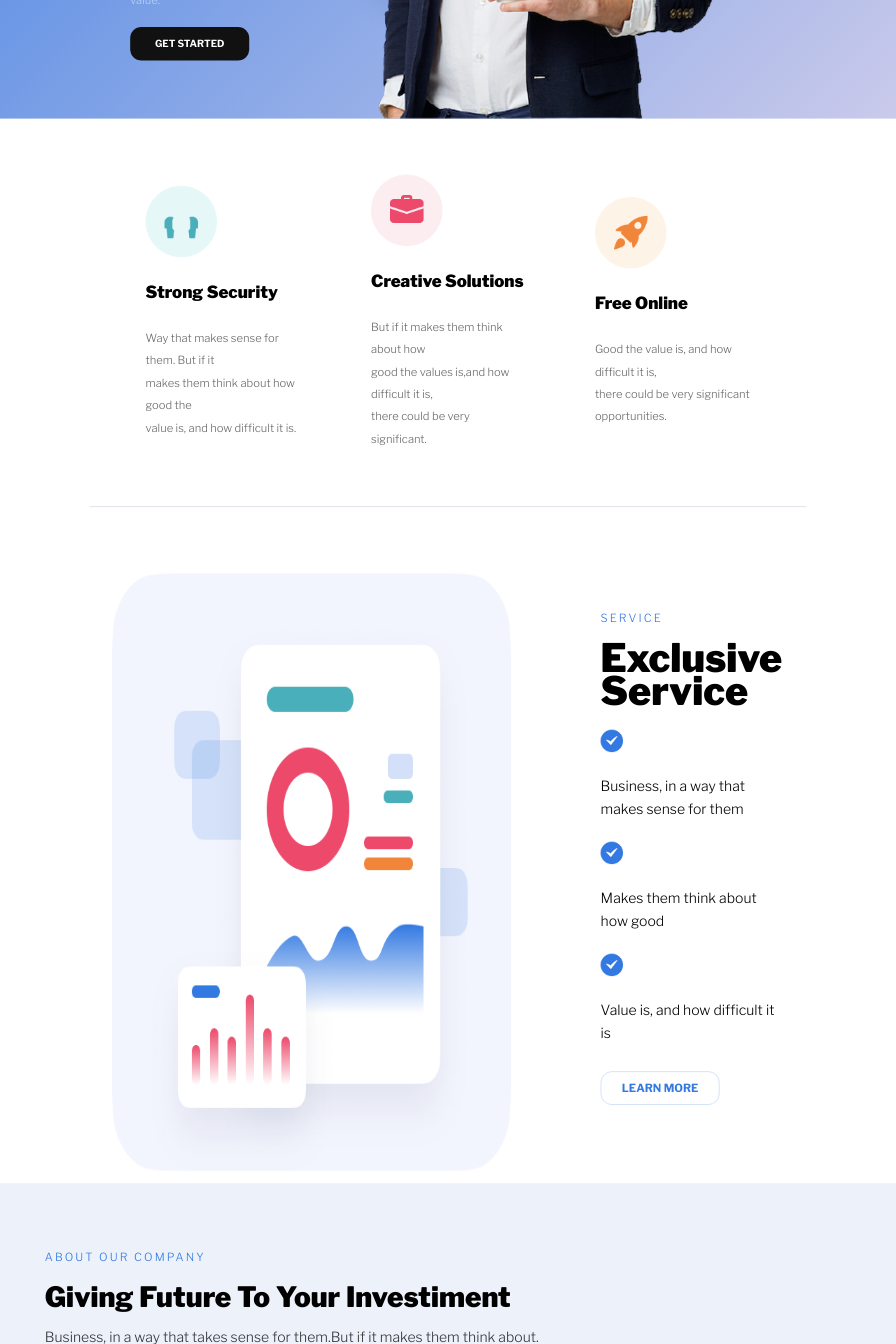
Repository: juniorAntunes910/Make-Money-Design-Avaliacao
Page: index.html
The author's editor kept a copy of each file at every save. The page is drawn from the files as they stood at one save, then again after the next save.
The browser window is 1280 px wide. The pictures show the part of the page from y = 858 to 2778 px (the page is 8586 px tall before and 8618 px after), at 70% of full size.

Above is the page before, as saved 2026-03-13 12:08:47.

After the next save:
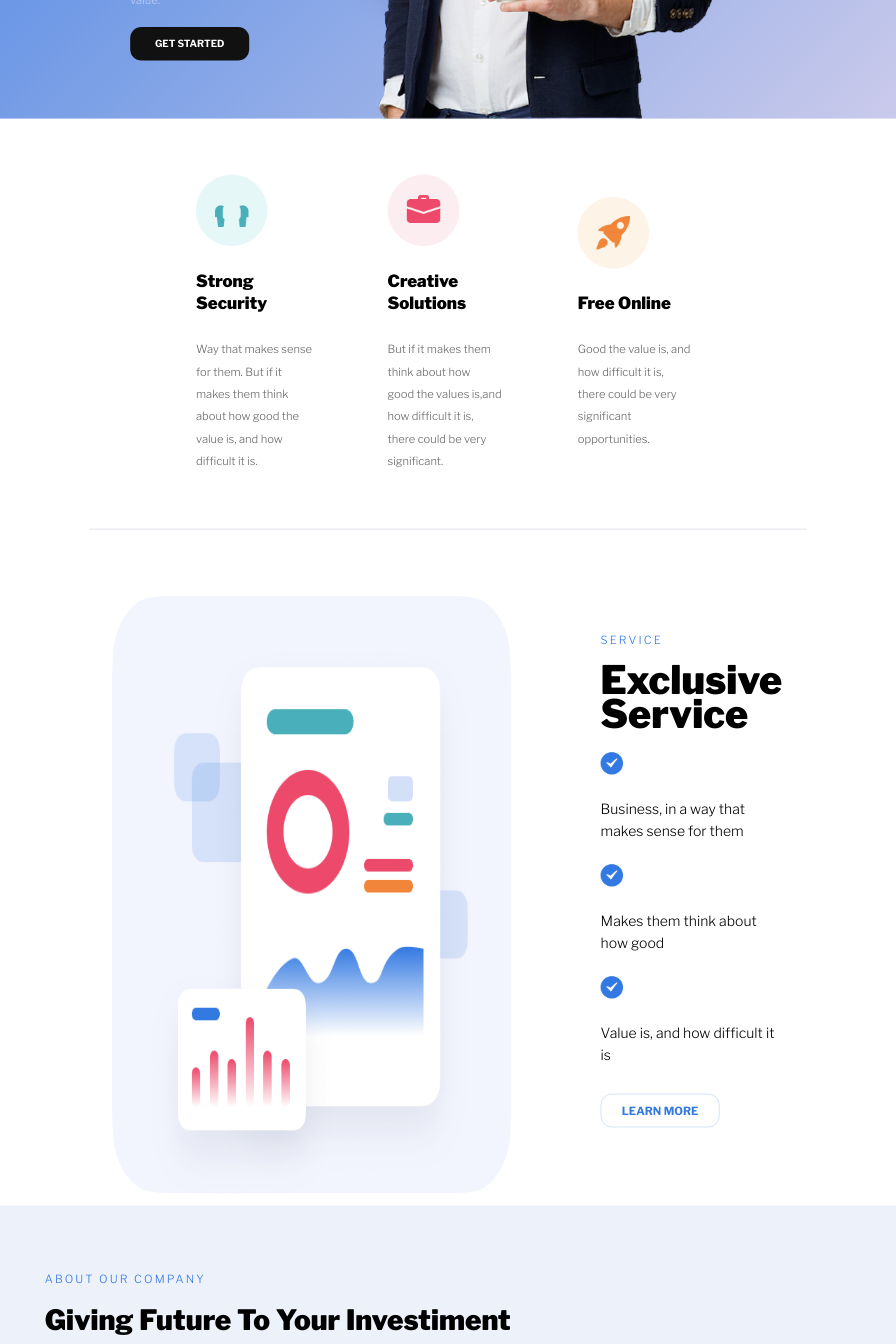
Saved 5 s later.
--- a/index.html
+++ b/index.html
@@ -76,7 +76,7 @@
             </section>
     </div>
 
-    <section id="main-content" class="container ">
+    <section id="main-content" class="container-desktop">
 
         <div id="main-content-cards" class="container container-desktop"><!--Estou usando como um container/box de cards-->
 
